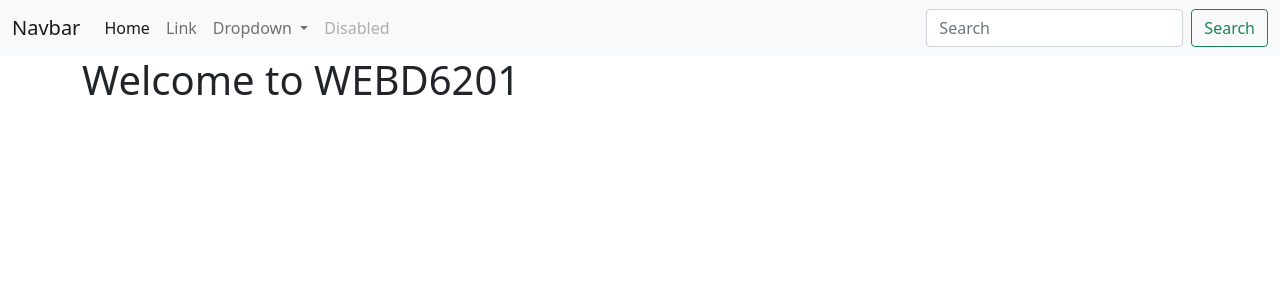
Repository: deividwsantoss/webd6201-W2021-ICE1
Page: Index.html
An editor plug-in stored every save of this project. The page is shown before and after the next save, followed by the edit.
The browser window is 1280 px wide. The pictures show the whole page.

Above is the page before, as saved 2021-02-02 10:03:09.

### Index.html
<!DOCTYPE html>
<html lang="en">
<head>
    <meta charset="UTF-8">
    <meta name="viewport" content="width=device-width, initial-scale=1.0">
    <title>WEBD6201 - W2021 - ICE 1</title>
</head>
<!-- CSS SECTION -->
<link rel="stylesheet" href="./node_modules/bootstrap/dist/css/bootstrap.min.css">
<link rel="stylesheet" href="./node_modules/@fortawesome/fontawesome-free/css/all.min.css">
<link rel="stylesheet" href="./Content/app.css">

<body>
    <header>
        <nav class="navbar navbar-expand-lg navbar-light bg-light">
            <div class="container-fluid">
              <a class="navbar-brand" href="#">Navbar</a>
              <button class="navbar-toggler" type="button" data-bs-toggle="collapse" data-bs-target="#navbarSupportedContent" aria-controls="navbarSupportedContent" aria-expanded="false" aria-label="Toggle navigation">
                <span class="navbar-toggler-icon"></span>
              </button>
              <div class="collapse navbar-collapse" id="navbarSupportedContent">
                <ul class="navbar-nav me-auto mb-2 mb-lg-0">
                  <li class="nav-item">
                    <a class="nav-link active" aria-current="page" href="#">Home</a>
                  </li>
                  <li class="nav-item">
                    <a class="nav-link" href="#">Link</a>
                  </li>
                  <li class="nav-item dropdown">
                    <a class="nav-link dropdown-toggle" href="#" id="navbarDropdown" role="button" data-bs-toggle="dropdown" aria-expanded="false">
                      Dropdown
                    </a>
                    <ul class="dropdown-menu" aria-labelledby="navbarDropdown">
                      <li><a class="dropdown-item" href="#">Action</a></li>
                      <li><a class="dropdown-item" href="#">Another action</a></li>
                      <li><hr class="dropdown-divider"></li>
                      <li><a class="dropdown-item" href="#">Something else here</a></li>
                    </ul>
                  </li>
                  <li class="nav-item">
                    <a class="nav-link disabled" href="#" tabindex="-1" aria-disabled="true">Disabled</a>
                  </li>
                </ul>
                <form class="d-flex">
                  <input class="form-control me-2" type="search" placeholder="Search" aria-label="Search">
                  <button class="btn btn-outline-success" type="submit">Search</button>
                </form>
              </div>
            </div>
          </nav>
    </header>
    <main class="container">

        <h1>Welcome to WEBD6201 </h1>
    </main>

    <footer>

    </footer>
    <!-- Script Section-->
    <script src="./node_modules/jquery/dist/jquery.min.js"></script>
    <script src="./node_modules/bootstrap/dist/js/bootstrap.bundle.min.js"></script>
    <script src="./Scripts/app.js"></script>
</body>
</html>

### Scripts/app.js
/* Custom JavaScript goes here */


// IIFE -
//AKA - Anonymous self-excuting function

(function()
{


    function Start()
    {
        console.log("App Started...")

    }
    window.addEventListener("load", Start);
})();

Loaded but not shown: node_modules/bootstrap/dist/css/bootstrap.min.css (library); node_modules/@fortawesome/fontawesome-free/css/all.min.css (library); node_modules/jquery/dist/jquery.min.js (library); node_modules/bootstrap/dist/js/bootstrap.bundle.min.js (library); Content/app.css (no stored copy; drawn as an empty file)

After the next save:
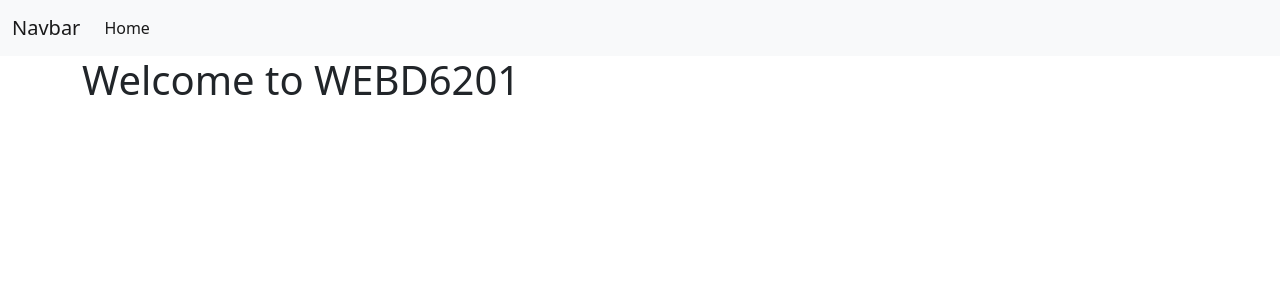
Saved 80 s later.
--- a/Index.html
+++ b/Index.html
@@ -23,28 +23,9 @@
                   <li class="nav-item">
                     <a class="nav-link active" aria-current="page" href="#">Home</a>
                   </li>
-                  <li class="nav-item">
-                    <a class="nav-link" href="#">Link</a>
-                  </li>
-                  <li class="nav-item dropdown">
-                    <a class="nav-link dropdown-toggle" href="#" id="navbarDropdown" role="button" data-bs-toggle="dropdown" aria-expanded="false">
-                      Dropdown
-                    </a>
-                    <ul class="dropdown-menu" aria-labelledby="navbarDropdown">
-                      <li><a class="dropdown-item" href="#">Action</a></li>
-                      <li><a class="dropdown-item" href="#">Another action</a></li>
-                      <li><hr class="dropdown-divider"></li>
-                      <li><a class="dropdown-item" href="#">Something else here</a></li>
-                    </ul>
-                  </li>
-                  <li class="nav-item">
-                    <a class="nav-link disabled" href="#" tabindex="-1" aria-disabled="true">Disabled</a>
-                  </li>
+
                 </ul>
-                <form class="d-flex">
-                  <input class="form-control me-2" type="search" placeholder="Search" aria-label="Search">
-                  <button class="btn btn-outline-success" type="submit">Search</button>
-                </form>
+
               </div>
             </div>
           </nav>
